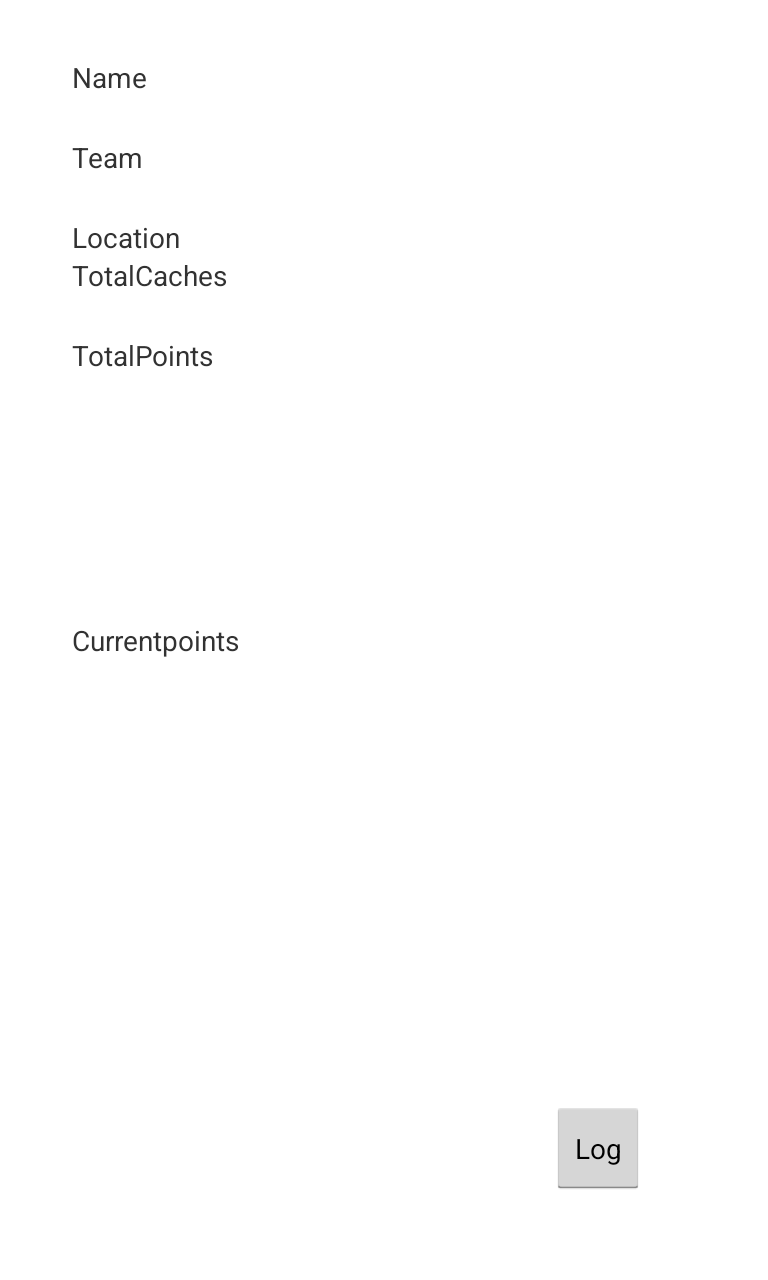
Repository: mpdehnel/seg
Layout: VectorOne/res/layout/activity_user.xml
The author's editor kept a copy of each file at every save. The layout is drawn from the files as they stood at one save, then again after the next save.
It is drawn on a 768 x 1280 px phone screen (xhdpi) without system bars, with theme AppTheme; the app's code is not run.

Above is the layout before, as saved 2013-03-06 16:32:19.

After the next save:
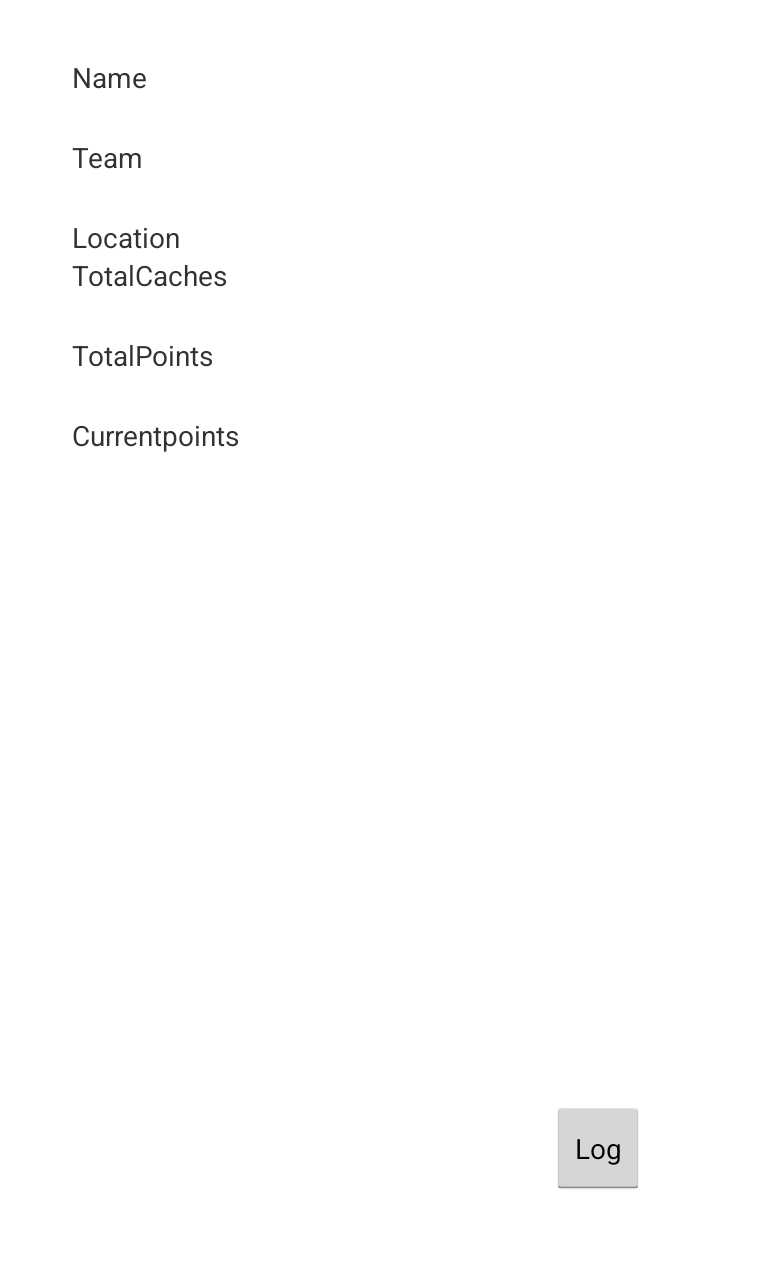
Saved 22 min 18 s later.
--- a/VectorOne/res/layout/activity_user.xml
+++ b/VectorOne/res/layout/activity_user.xml
@@ -59,9 +59,9 @@
     <TextView
         android:id="@+id/currentpoints"
         android:layout_width="wrap_content"
-        android:layout_height="wrap_content"
+        android:layout_height="40dp"
         android:layout_alignLeft="@+id/totalPoints"
-        android:layout_centerVertical="true"
+        android:layout_below="@+id/totalPoints"
         android:text="Currentpoints" />
 
 </RelativeLayout>
